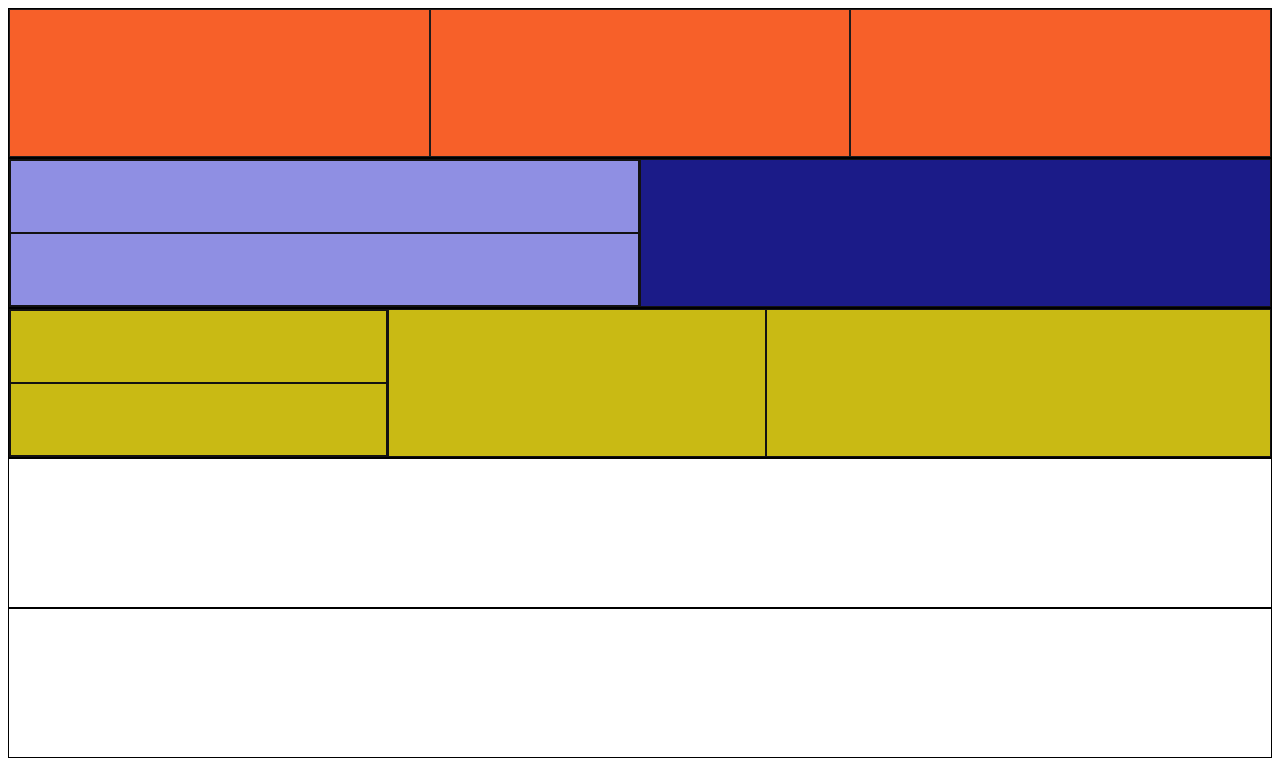
Repository: AishwaryaPandey987/PGLife
Page: home.html
The author's editor kept a copy of each file at every save. The page is drawn from the files as they stood at one save, then again after the next save.
The browser window is 1280 px wide. The pictures show the whole page.

Above is the page before, as saved 2022-10-27 21:04:55.

After the next save:
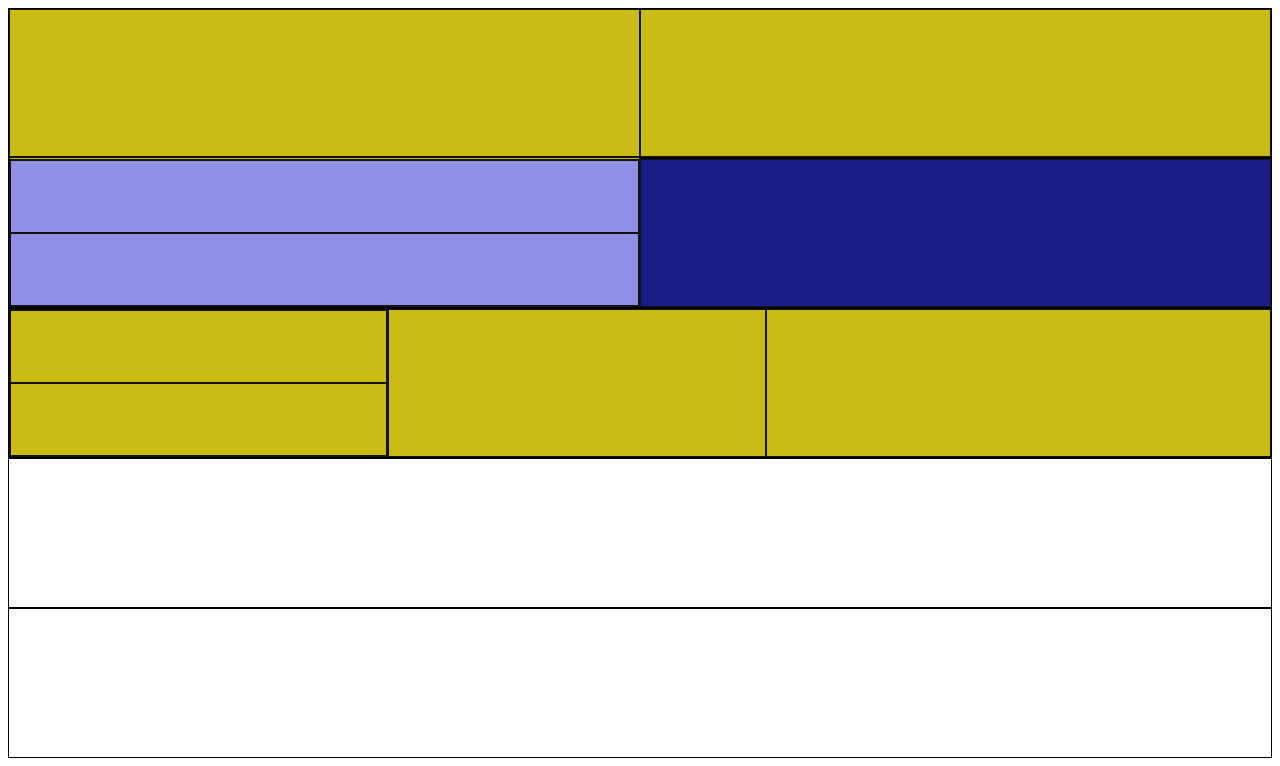
Saved 75 s later.
--- a/css/style.css
+++ b/css/style.css
@@ -60,3 +60,10 @@ background-color: rgb(247, 96, 41);
   width: 100%;
   background-color: rgb(201, 186, 20);
 }
+.col{
+  border: 1px solid rgb(19, 18, 18);
+  display: inline-block;
+  height: 100%;
+  width: 50%;
+  background-color: rgb(201, 186, 20);
+}

After the save that followed:
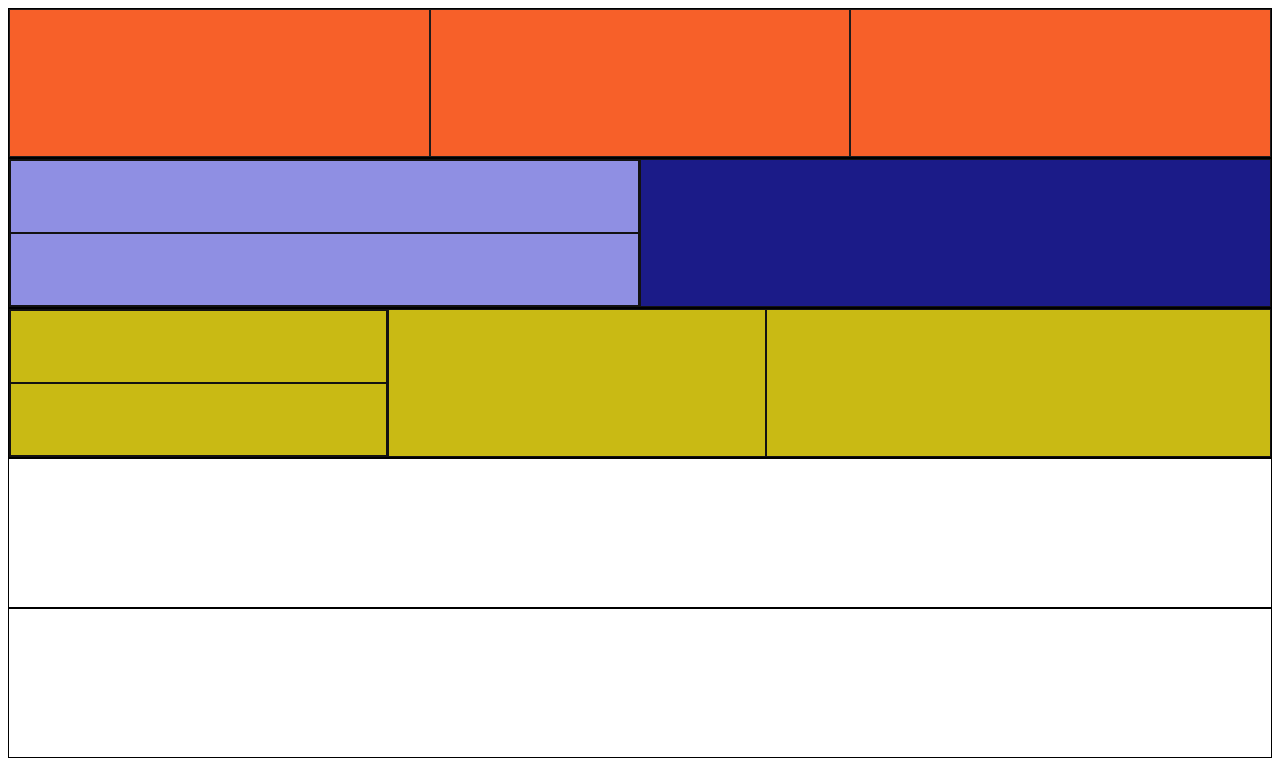
Saved 15 s later.
--- a/css/style.css
+++ b/css/style.css
@@ -60,7 +60,7 @@ background-color: rgb(247, 96, 41);
   width: 100%;
   background-color: rgb(201, 186, 20);
 }
-.col{
+.col3{
   border: 1px solid rgb(19, 18, 18);
   display: inline-block;
   height: 100%;
